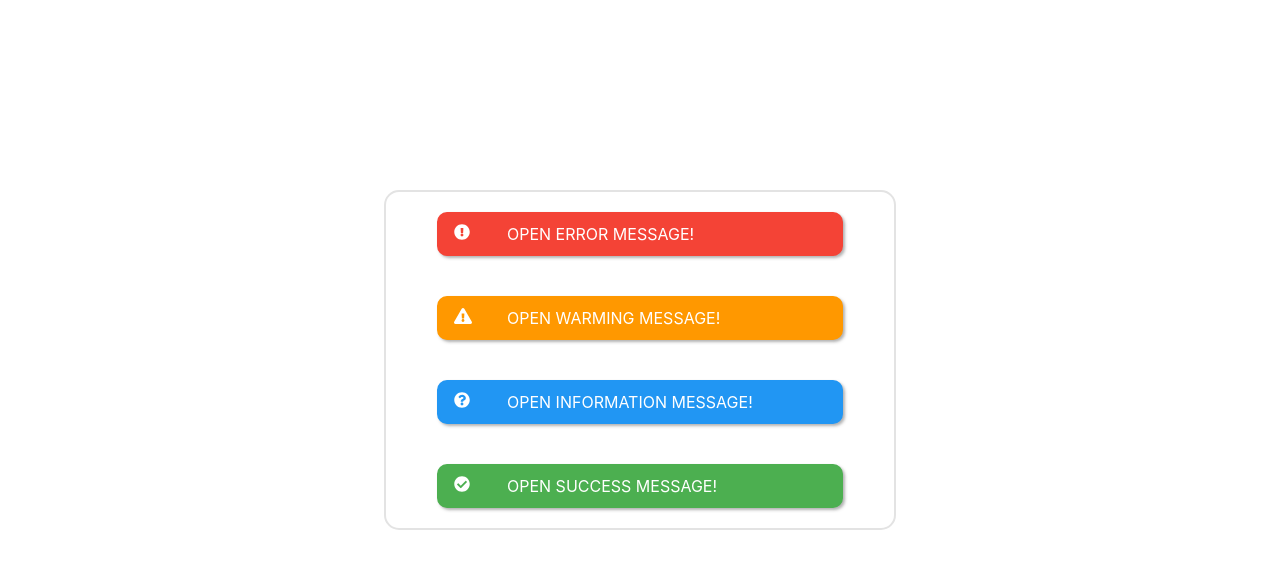
Repository: KrzysKolo/sr_tydzien5_zad2
Page: /
An editor plug-in stored every save of this project. The page is shown before and after the next save, followed by the edit.
The browser window is 1280 px wide. The pictures show the whole page.
The project was rebuilt for these pictures with package versions that can differ from the ones it lists, and the page was loaded fresh each time.

Above is the page before, as saved 2020-12-21 19:41:09.

### public/index.html
<!DOCTYPE html>
<html lang="en">
  <head>
    <meta charset="utf-8" />
    <link rel="icon" href="%PUBLIC_URL%/favicon.ico" />
    <meta name="viewport" content="width=device-width, initial-scale=1" />
    <meta name="theme-color" content="#000000" />
    <meta
      name="description"
      content="Web site created using create-react-app"
    />
    <link rel="apple-touch-icon" href="%PUBLIC_URL%/logo192.png" />
    <!--
      manifest.json provides metadata used when your web app is installed on a
      user's mobile device or desktop. See https://developers.google.com/web/fundamentals/web-app-manifest/
    -->
    <link rel="manifest" href="%PUBLIC_URL%/manifest.json" />
    <!--
      Notice the use of %PUBLIC_URL% in the tags above.
      It will be replaced with the URL of the `public` folder during the build.
      Only files inside the `public` folder can be referenced from the HTML.

      Unlike "/favicon.ico" or "favicon.ico", "%PUBLIC_URL%/favicon.ico" will
      work correctly both with client-side routing and a non-root public URL.
      Learn how to configure a non-root public URL by running `npm run build`.
    -->
    <title>Zad 2 - snackbar</title>
  </head>
  <body>
    <noscript>You need to enable JavaScript to run this app.</noscript>
    <div id="root"></div>
    <!--
      This HTML file is a template.
      If you open it directly in the browser, you will see an empty page.

      You can add webfonts, meta tags, or analytics to this file.
      The build step will place the bundled scripts into the <body> tag.

      To begin the development, run `npm start` or `yarn start`.
      To create a production bundle, use `npm run build` or `yarn build`.
    -->
  </body>
</html>

### src/App.js
import React from 'react';
import Buttons from './components/Buttons';
import './App.css';
const App = () => {
  return (
    <div className="wrapper--btn">
      <Buttons />
    </div>
  )
}

export default App;

### src/components/Buttons.js
import React from 'react';
import ButtonsData from './../data/ButtonsData';
import Button from './Button';

const Buttons = () => {
    return (
        <>
            {ButtonsData.map(button =>
                <Button key={button.id} data={button} />
            )}
        </>
    )
}

export default Buttons;

### src/App.css
* {
  box-sizing: border-box;
  margin: 0;
  position: relative;
}
body {
  width: 100vw;
  height: 100vh;
  display: flex;
  flex-direction: row;
  justify-content: center;
  align-items: center;
}
.wrapper--btn {
  border: 2px solid #e3e3e3;
  border-radius: 15px;
  width: 40vw;
  display: flex;
  flex-direction: column;
  justify-content: center;
  align-items: center;
}
.btn {
  border-radius: 10px;
  color: rgb(240, 239, 244);
  cursor: pointer;
  outline: none;
  padding: 10px 15px;
  margin: 20px;
  width: 80%;
  display: grid;
  grid-template-columns: 0.5fr 3fr;
  box-shadow: 2px 2px 3px rgba(102, 102, 102, 0.5);
  transition: all 0.3s ease-in-out;
}

### src/data/ButtonsData.js
const ButtonsData = [
    {
      id: 0,
      name: "OPEN ERROR MESSAGE!",
      event: "handleClickError",
      color: "rgb(244, 67, 54)",
      icon: "faExclamationCircle"
    },
    {
      id: 1,
      name: "OPEN WARMING MESSAGE!",
      event: "handleClickWarming",
      color: "rgb(255, 152, 0)",
      icon: "faExclamationTriangle",
    },
    {
      id: 2,
      name: "OPEN INFORMATION MESSAGE!",
      event: "handleClickInformation",
      color: "rgb(33, 150, 243)",
      icon: "faQuestionCircle",
    },
    {
      id: 3,
      name: "OPEN SUCCESS MESSAGE!",
      event: "handleClickSuccess",
      color: "rgb(76, 175, 80)",
      icon: "faCheckCircle",
    },

  ]
 export default ButtonsData;

### src/components/Button.js
import React, { useState } from 'react';
import Icons from './Icons';

const Button = ({data } ) => {

    const [isHover, setIsHover] = useState(false);
    const OutStyle = {
        border: `2px solid ${data.color}`,
        background: data.color,
        color: "#fff",
      };

      const OverStyle = {
        border: `2px solid ${data.color}`,
        backgroundColor: "#fff",
        color: data.color,

      };
      const event = data.event;
      const switchFunction = (event) => {
        switch (event) {
                case 'handleClickError': handleClickError(); break;
                case 'handleClickWarming': handleClickWarming(); break;
                case 'handleClickInformation': handleClickInformation(); break;
                case 'handleClickSuccess': handleClickSuccess(); break;
                default: return null;
                }
    }

    const handleClickError = () => {
        console.log("error");
    };
    const handleClickWarming = () => {
        console.log("warming");
    };
    const handleClickInformation = () => {
        console.log("info");
    };
    const handleClickSuccess = () => {
        console.log("success");
    };


    return (
        <div className="btn"
        onClick={() => switchFunction(event)}
        style={isHover ? OverStyle : OutStyle}
        onMouseOver={() => setIsHover(true)}
        onMouseOut={() => setIsHover(false)}>
            <Icons icon={data.icon}/>
             {data.name}
        </div>
    )
}

export default Button;

### src/components/Icons.js
import React from 'react';
import { FontAwesomeIcon } from '@fortawesome/react-fontawesome';
import { faCheckCircle, faQuestionCircle, faExclamationTriangle, faExclamationCircle } from '@fortawesome/free-solid-svg-icons';

const Icons = ({icon}) => {

        switch (icon) {
            case 'faExclamationCircle': return <FontAwesomeIcon icon={faExclamationCircle} />;
            case 'faExclamationTriangle': return <FontAwesomeIcon icon={faExclamationTriangle} />;
            case 'faQuestionCircle': return <FontAwesomeIcon icon={faQuestionCircle} />;
            case 'faCheckCircle': return <FontAwesomeIcon icon={faCheckCircle} />;
            default: return null;
            }



}

export default Icons;

Loaded but not shown: src/index.js (common file); src/index.css (common file)

After the next save:
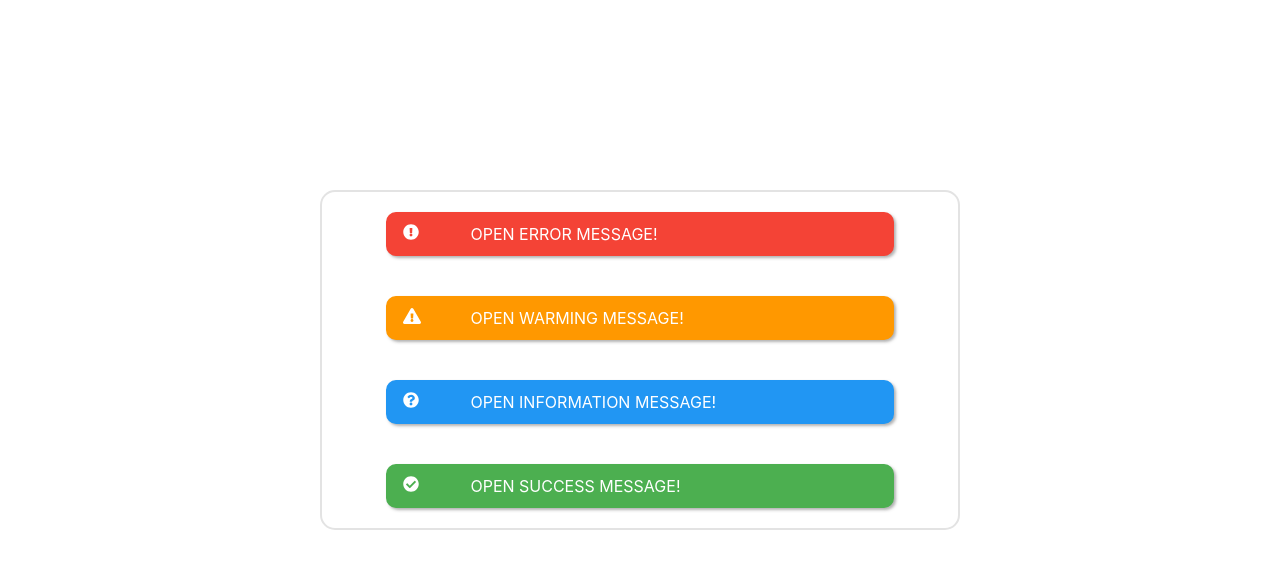
Saved 19 s later.
--- a/src/App.css
+++ b/src/App.css
@@ -14,7 +14,7 @@ body {
 .wrapper--btn {
   border: 2px solid #e3e3e3;
   border-radius: 15px;
-  width: 40vw;
+  width: 50vw;
   display: flex;
   flex-direction: column;
   justify-content: center;
